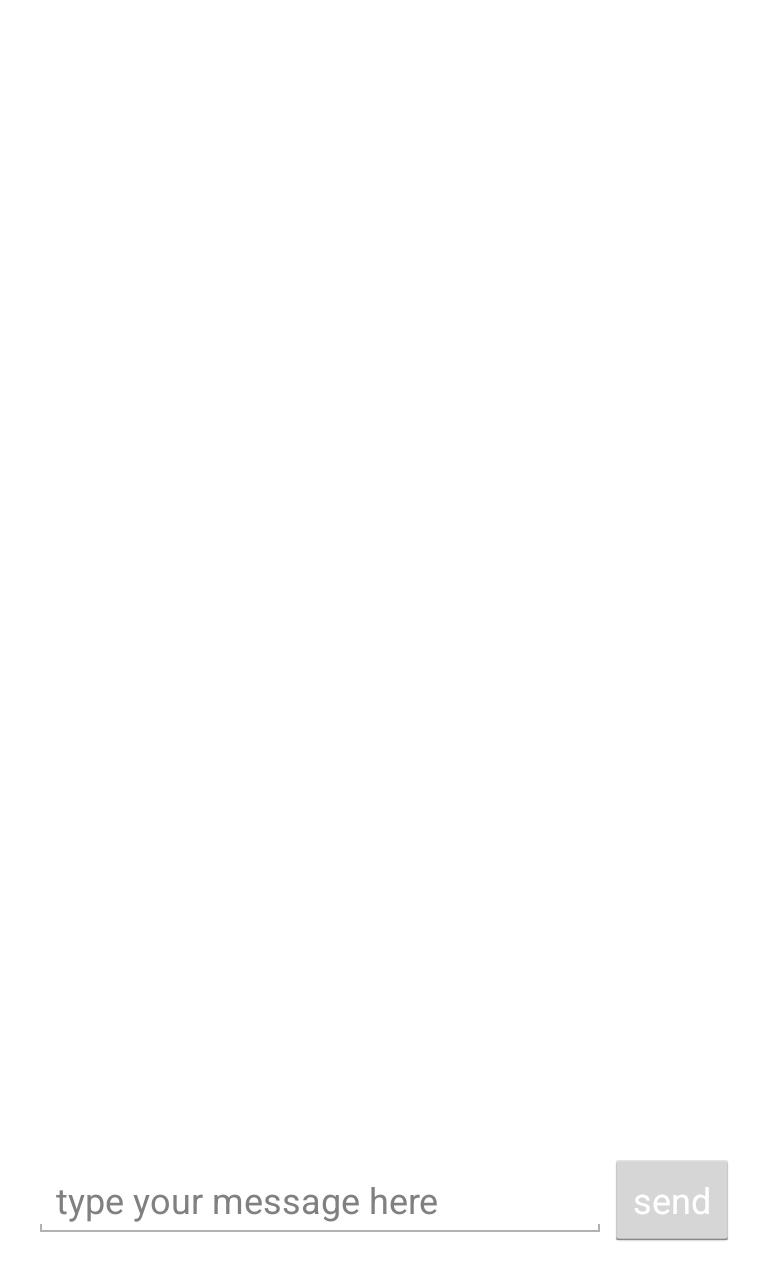
Repository: liujianpc/AndroidStudy
Layout: NinePatchTest/res/layout/activity_main.xml
An editor plug-in stored every save of this project. The layout is shown before and after the next save, followed by the edit.
It is drawn on a 768 x 1280 px phone screen (xhdpi) without system bars, with theme AppTheme; the app's code is not run. Lists and similar views that code fills are empty.

Above is the layout before, as saved 2016-07-25 08:22:36.

### NinePatchTest/res/layout/activity_main.xml
<LinearLayout xmlns:android="http://schemas.android.com/apk/res/android"
    xmlns:tools="http://schemas.android.com/tools"
    android:layout_width="match_parent"
    android:layout_height="match_parent"
    android:paddingBottom="@dimen/activity_vertical_margin"
    android:paddingLeft="@dimen/activity_horizontal_margin"
    android:paddingRight="@dimen/activity_horizontal_margin"
    android:paddingTop="@dimen/activity_vertical_margin"
    android:orientation="vertical"
    tools:context="com.example.ninepatchtest.MainActivity" >

    <ListView
        android:id="@+id/message_listView"
        android:layout_width="0dp"
        android:layout_height="wrap_content"
        android:layout_weight="1"
        android:divider="#000" >
    </ListView>

    <LinearLayout
        android:layout_width="match_parent"
        android:layout_height="wrap_content" >

        <EditText
            android:id="@+id/message_edit"
            android:layout_width="0dp"
            android:layout_height="wrap_content"
            android:layout_weight="1"
            android:hint="type your message here"
            android:maxLines="2" />

        <Button
            android:id="@+id/send_button"
            android:layout_width="wrap_content"
            android:layout_height="wrap_content"
            android:text="send"
            android:textColor="#fff" />
    </LinearLayout>

</LinearLayout>

Loaded but not shown: NinePatchTest/res/values/styles.xml (common file); NinePatchTest/res/values-v11/styles.xml (common file); NinePatchTest/res/values-v14/styles.xml (common file); NinePatchTest/res/values/dimens.xml (common file); NinePatchTest/res/values-w820dp/dimens.xml (common file)

After the next save:
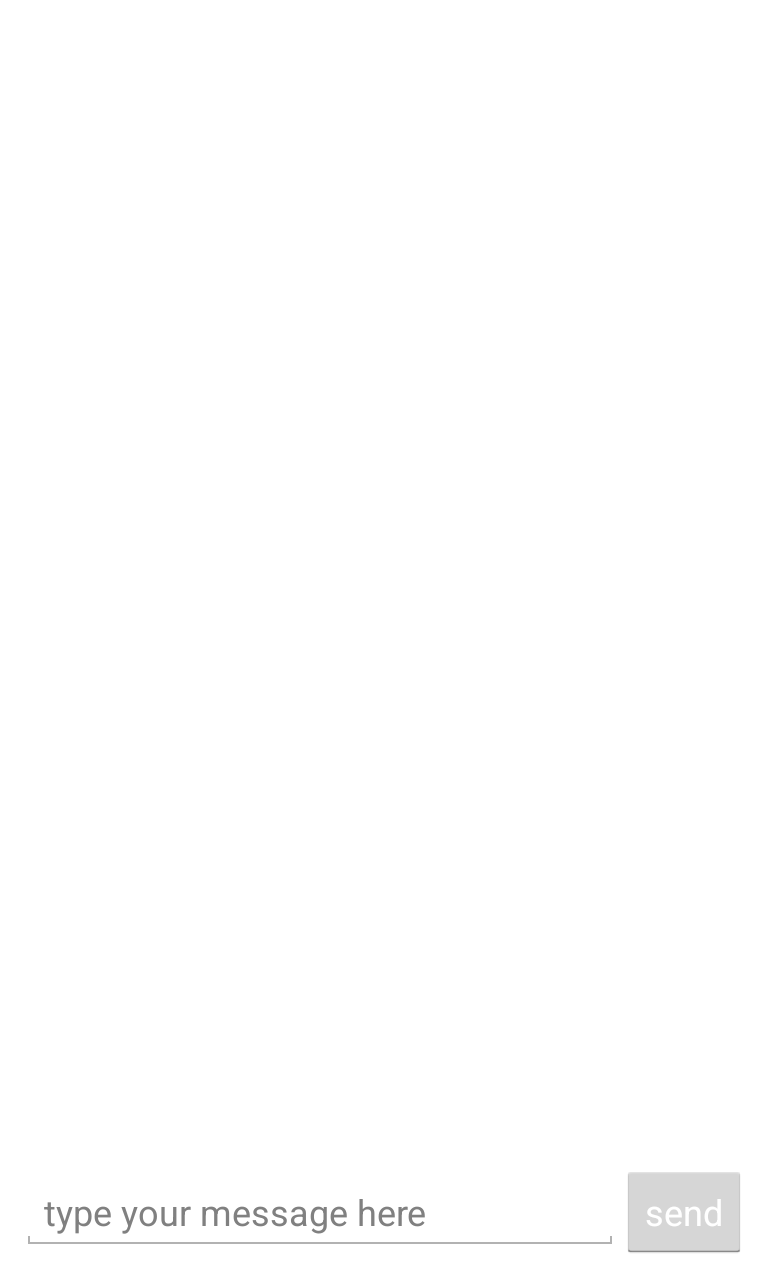
Saved 74 s later.
--- a/NinePatchTest/res/layout/activity_main.xml
+++ b/NinePatchTest/res/layout/activity_main.xml
@@ -7,6 +7,7 @@
     android:paddingRight="@dimen/activity_horizontal_margin"
     android:paddingTop="@dimen/activity_vertical_margin"
     android:orientation="vertical"
+    android:padding="10dp"
     tools:context="com.example.ninepatchtest.MainActivity" >
 
     <ListView

After the save that followed:
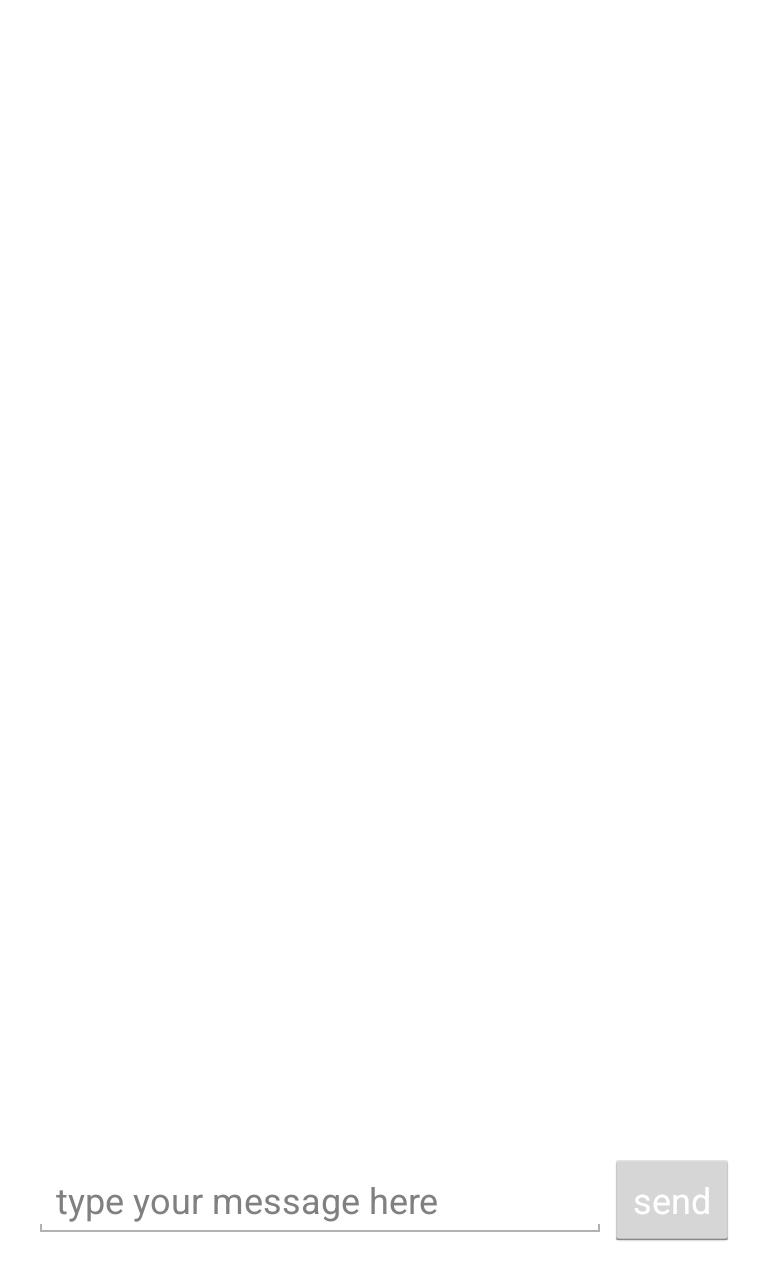
Saved 46 s later.
--- a/NinePatchTest/res/layout/activity_main.xml
+++ b/NinePatchTest/res/layout/activity_main.xml
@@ -7,7 +7,6 @@
     android:paddingRight="@dimen/activity_horizontal_margin"
     android:paddingTop="@dimen/activity_vertical_margin"
     android:orientation="vertical"
-    android:padding="10dp"
     tools:context="com.example.ninepatchtest.MainActivity" >
 
     <ListView
